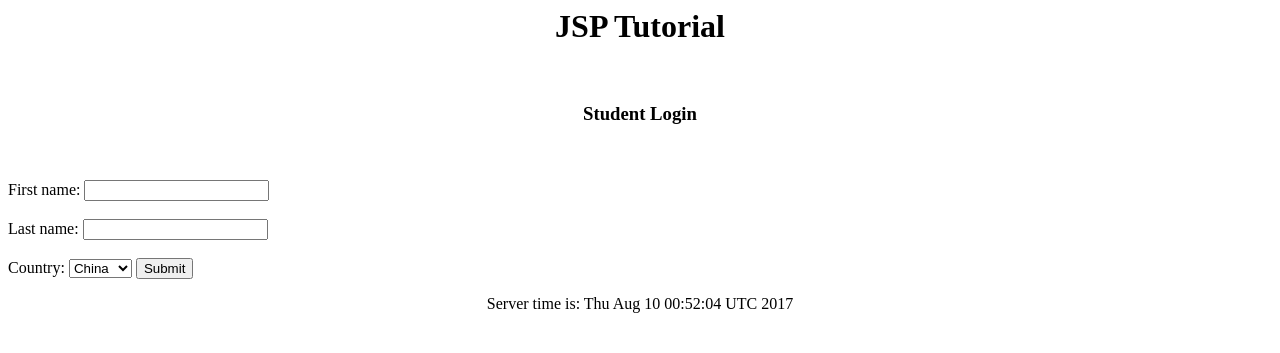
Repository: xiaoliu-lucy/JSP
Page: http://localhost/jspdemo/homepage.jsp
An editor plug-in stored every save of this project. The page is shown before and after the next save, followed by the edit.
The browser window is 1280 px wide. The pictures show the whole page.
The page is served by Tomcat 9.

Above is the page before, as saved 2017-08-10 23:54:24.

After the next save:
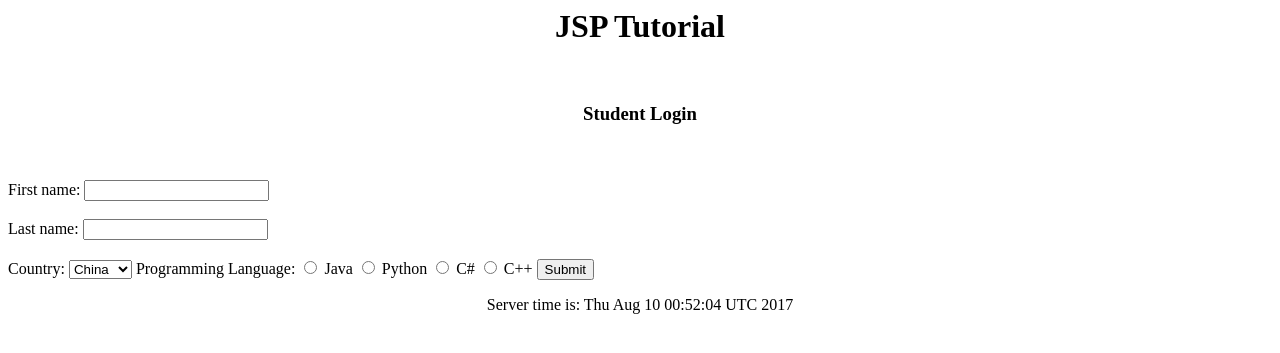
Saved 6 min 53 s later.
--- a/jspdemo/WebContent/homepage.jsp
+++ b/jspdemo/WebContent/homepage.jsp
@@ -16,6 +16,10 @@
 	  		   <option>U.S</option>
 	  		   <option>Russia</option>
 	  		   </select>
+	  Programming Language: <input type="radio" name="favoriteLanguage" value="Java" /> Java
+	                        <input type="radio" name="favoriteLanguage" value="Java" /> Python
+	                        <input type="radio" name="favoriteLanguage" value="Java" /> C#
+	                        <input type="radio" name="favoriteLanguage" value="Java" /> C++
 	  <input type="submit" value="Submit" />
 
 	</form>
